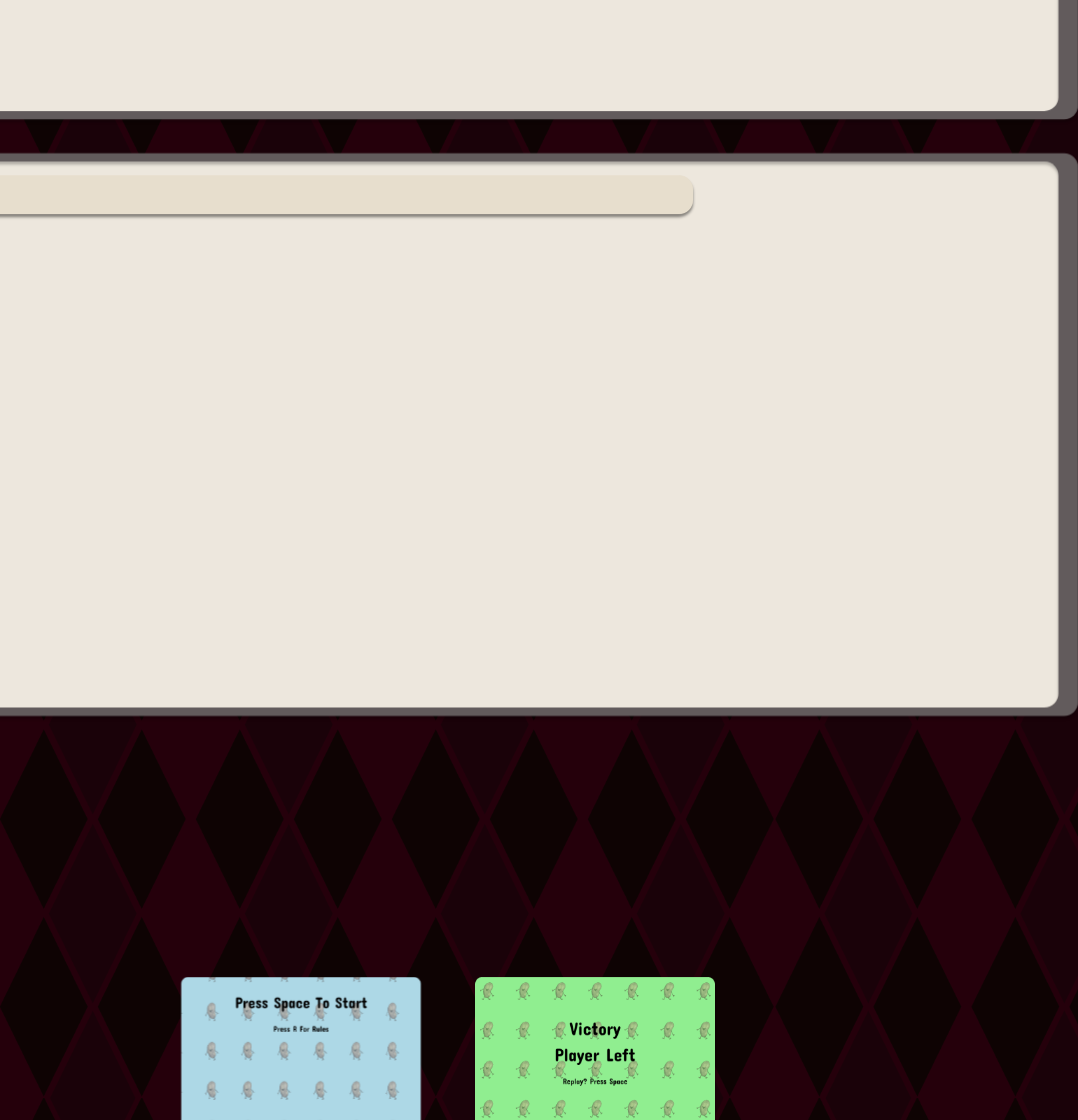
Repository: EMP-ChristinaC/Portfolio
Page: projects/potato-shuffle/potato.html
An editor plug-in stored every save of this project. The page is shown before and after the next save, followed by the edit.
The browser window is 1280 px wide. The page is 1540 px wide, so the pictures cover 1540 px, including what lies to the right of the window. The pictures show the part of the page from y = 1629 to 3229 px (the page is 6251 px tall), at 70% of full size.
Some web fonts or font styles are not loaded; a fallback is used.

Above is the page before, as saved 2024-12-08 19:49:50.

### projects/potato-shuffle/potato.html
<!DOCTYPE html>
<html lang="en">

<head>
    <meta charset="UTF-8">
    <meta name="viewport" content="width=device-width, initial-scale=1.0">
    <title>CC- Project Potato Shuffle</title>
    <!--- ////////////////// OUTSIDE STYLES //////////////////-->


    <!--- ///////////////// GOOGLE FONTS  ////////////////////-->
    <link rel="preconnect" href="https://fonts.googleapis.com">
    <link rel="preconnect" href="https://fonts.gstatic.com" crossorigin>
    <link
        href="https://fonts.googleapis.com/css2?family=Overlock:ital,wght@0,400;0,700;0,900;1,400;1,700;1,900&family=Vast+Shadow&display=swap"
        rel="stylesheet">

    <!--- /////////////// MY STYLES ////////////////-->

    <link rel="stylesheet" href="potato.css">
    <link rel="stylesheet" href="../../nav.css">
    <link rel="stylesheet" href="media-style-phone-potato.css">
    <link rel="stylesheet" href="../../media-style-two.css">
    <link rel="stylesheet" href="media-style-mac-potato.css">

    <!--- //////////////// FAVICON LINKS ///////////////////-->
    <link rel="shortcut icon" href="../../image/logo.png" type="image/x-icon">
    <link rel="icon" href="../../image/logo.png" type="image/x-icon">

</head>

<body class="home-potato">

    <!--- /////////////////////// NAVIGATION /////////////////////-->
    <header class="navigation">
        <img class="nav-background" src="../../image/nav-background.png"
            alt="A decor for the nav, it holds a logo with diamond patterns in the background.">


        <a href="../../index.html " class="nav-home">Stage</a>
        <a href="../../about-page/about.html" class="nav-about">Director</a>
        <a href="../../contact-page/contact.html" class="nav-contact">Contact</a>
        <a href="../../main-project-page/projects.html" class="nav-projects current">Projects</a>
    </header>


    <!--- /////////////////////// ARROW BUTTON /////////////////////-->
    <a href="../../projects/sniffle/sniffle.html"><img src="../../image/left-arrow.png" class="side-button-left" alt="A."></a>


    <a href="../../projects/smash-n-dash/smash.html"><img src="../../image/right-arrow.png" class="side-button-right" alt="A."></a>



    <!--- /////////////////////// BOX OUTLINE ///////////////////////-->
    <div class="box-outline-outside-potato-overview">
        <div class="box-outline-inside-potato-overview"></div>

        <!-- <div class="dia-left-potato">
            <img src="../../image/Dia-bottom-left.png"
                alt="A diamond pattern decor that is placed onto the bottom left of the box outline">
        </div>

        <div class="dia-right-potato">
            <img src="../../image/Dia-top-right.png"
                alt="A diamond pattern decor that is placed onto the bottom left of the box outline">
        </div> -->


    <div class="box-outline-paragraph-potato">
        <div class="details-potato">
            <h2>About:</h2>
            <p>
                A digital coding game inspired by Hot Potato and WarioWare. It takes elements from both games and with
                the help of Makey-Makey, it creates a fun interactive game.
                <!-- <br><br>
                Here are some images of the game. -->
            </p>
        </div>
    </div>


    <div class="box-outline-type-potato">
        <div class="type-potato">
            <p> Project Type:
                <br>
                Interactive Game
                <br><br>
                Date:
                <br>
                December 2023
                <br><br>
                Link:
                <br>
                <a href="https://emp-christinac.github.io/Potato-Shuffle/index.html">Github</a>
                <br><br>
                Role:
                <br>
                Lead Coder
            </p>
        </div>

<!-- <div class="type-two">
    <p>
        Link:
        <br>
        <a href="https://emp-christinac.github.io/Potato-Shuffle/index.html">Github</a>
        <br><br>
        Role:
        <br>
        Lead Coder
    </p>
</div> -->


        <!-- <div class="type-potato-phone">
            <p> Project Type:
                <br>
                Digital Game
                <br><br>
                Date:
                <br>
                December 2023
            </p>
        </div> -->

        <!-- <div class="type-potato-phone-two">
            <p>
                Link:
                <br>
                <a href="https://empxnifl.github.io/Potato-Shuffle/index.html">Github</a>
                <br><br>
                Role:
                <br>
                Lead Coder
            </p>
        </div> -->
    </div>

    <div class="box-outline-credit">
        <div class="credit">
            <p>Credit to:
                <br>
                Roman Lopez [Lead Designer]
                <br>
                Dominic Perron [Lead Interaction]
            </p>
        </div>

        <div class="mc-overview">
            <img src="../../image/Main-Screen.png" alt="A overview of the project Potato Shuffle.">
        </div>

    </div>




    <div class="box-outline-heading-potato">
        <div class="potato-title">
            <h1>Potato Shuffle</h1>
        </div>
    </div>
</div>
    <!--- ////////////////////////-->
    <div class="box-outline-outside-potato-play">
        <div class="box-outline-inside-potato-play"></div>

        <div>
            <div class="play">
                <p>
                </p>
            </div>

    </div>


    <!--- ////////////////////////-->

    <div class="box-outline-outside-potato-progress">
        <div class="box-outline-inside-potato-progress"></div>

        <!-- <div class="dia-left-two-potato">
            <img src="../../image/Dia-bottom-left.png"
                alt="A diamond pattern decor that is placed onto the bottom left of the box outline">
        </div>

        <div class="dia-right-two-potato">
            <img src="../../image/Dia-top-right.png"
                alt="A diamond pattern decor that is placed onto the bottom left of the box outline">
        </div> -->

        <div class="box-outline-heading-two-potato">
            <div class="heading-two">
                <h1>Menu Design</h1>
            </div>
        </div>
        <div class="box-outline-heading-three-potato">
            <div class="heading-three">
                <h1>Sprites</h1>
            </div>
        </div>

        <div class="potato-menu-one">
            <img src="../../image/Home.png" alt="The home screen of the project.">
        </div>


        <div class="potato-menu-two">
            <img src="../../image/Victory.png" alt="The victory screen of the project.">
        </div>

        <!--- ////////////////////////-->

        <div class="potato-sprites">
            <img src="../../image/potato_sway.gif" alt="A potato gif that shows the potato swaying left and right.">
        </div>


        <div class="potato-sprites-two">
            <img src="../../image/Fail.gif" alt="A explosion gif that says boom.">
        </div>

        <div class="potato-sprites-three">
            <img src="../../image/potato_flip.gif" alt="A potato gif that shows the potato fliping.">
        </div>



    </div>


    <!--- ////////////////////////-->

    <div class="box-outline-outside-potato">
        <div class="box-outline-inside-potato"></div>
        <!-- <div class="dia-left-three-potato">
            <img src="../../image/Dia-bottom-left.png"
                alt="A diamond pattern decor that is placed onto the bottom left of the box outline">
        </div>

        <div class="dia-right-three-potato">
            <img src="../../image/Dia-top-right.png"
                alt="A diamond pattern decor that is placed onto the bottom left of the box outline">
        </div> -->


        <div class="box-outline-heading-four-potato">
            <div class="heading-four-potato">
                <h1>Mini-Game Design</h1>
            </div>

            <div class="potato-event-one">
                <img src="../../image/Event-1.png" alt="One of five mini-game from the project. It shows a character running.">
            </div>

            <div class="potato-event-two">
                <img src="../../image/Event-2.png"
                    alt="One of five mini-game from the project. It shows a character shooting at a muffen.">
            </div>


            <div class="potato-event-three">
                <img src="../../image/Event-3.png"
                    alt="One of five mini-game from the project. It shows a potato dropping into a basket.">
            </div>

            <div class="potato-event-four">
                <img src="../../image/Event-4.png"
                    alt="One of five mini-game from the project. It shows a character digging up a potato.">
            </div>


            <div class="potato-event-five">
                <img src="../../image/Event-5.png" alt="One of five mini-game from the project. It shows a potato being peeled.">
            </div>

        </div>

    </div>

    <!--- ////////////////////////-->

    <div class="box-outline-outside-foot">
        <div class="box-outline-inside-foot"></div>

            <footer class="section">
                <p>© 2024 by Christina Chan. Powered and secured by Github</p>

                <div>
                    <a class="github" href="https://github.com/EMP-ChristinaC"> <img src="../../image/Github-icon.png"
                            alt="Github icon image."></a>

                    <a class="twitter" href="https://x.com/EMP_Nifl"> <img src="../../image/Twitter-Icon.png"
                            alt="Twitter icon image."></a>

                    <a class="discord" href="https://discordapp.com/users/456539039286165514"> <img src="../../image/discord-icon.webp"
                            alt="Discord icon image."></a>

                    <a class="linkedin" href="https://www.linkedin.com/in/christina-chan-290a29323/"> <img src="../../image/Linkedin-icon.webp"
                            alt="Linkedin icon image."></a>
                </div>

            </footer>
    </div>
    <!--- /////////////////////// DECOR  ///////////////////////-->


    <!-- <div class="left-curtain">
        <img src="../../image/curtains-left.png" alt="A curtain decor that is placed on the left side of the website.">
    </div>

    <div class="right-curtain">
        <img src="../../image/curtain-right.png" alt="A curtain decor that is placed on the right side of the website.">
    </div> -->

    <!--- /////////////////////// TEXT ///////////////////////-->


    <!--- /////////////////////// IMAGES ///////////////////////-->


    <!--- ////////////////////////-->




    <!--- ////////////////////////-->



</body>

</html>

### projects/potato-shuffle/potato.css

/*///////////////////////////////// Box Outline ////////////////////////////*/
.box-outline-outside-potato-overview,
.box-outline-outside-potato-progress,
.box-outline-outside-potato-play {
    width: 1800px;
    height: 804px;
    background: rgba(98, 91, 92);
    box-shadow: 0px 4px 4px rgba(0, 0, 0, 0.25);
    border-radius: 20px;
}

.box-outline-outside-potato-overview {
    position: absolute;
    top: 50%;
    left: 50%;
    transform: translate(-50%, -27%);
}

.box-outline-outside-potato-play {
    position: absolute;
    top: 50%;
    left: 50%;
    transform: translate(-50%, 79%);
}

.box-outline-outside-potato-progress {
    position: absolute;
    top: 50%;
    left: 50%;
    transform: translate(-50%, 56%);
}

/*//////////////////////////////////*/


.box-outline-outside-potato {
    width: 1800px;
    height: 990px;
    background: rgba(98, 91, 92);
    box-shadow: 0px 4px 4px rgba(0, 0, 0, 0.25);
    border-radius: 20px;
}

.box-outline-outside-potato {
    position: absolute;
    top: 50%;
    left: 50%;
    transform: translate(-50%, 2340px);
}



/*//////////////////////////////////////////////////////////////////////////////*/

.box-outline-inside-potato-overview,
.box-outline-inside-potato-progress,
.box-outline-inside-potato-play {
    width: 1745px;
    height: 780px;
    background: #EDE7DD;
    box-shadow: 0px 4px 4px rgba(0, 0, 0, 0.25) inset;
    border-radius: 20px;
}

.box-outline-inside-potato-play {
    position: absolute;
    top: 1.5%;
    left: 1.5%;
}

.box-outline-inside-potato-overview {
    position: absolute;
    top: 1.5%;
    left: 1.5%;
    /* transform: translate(-50%, -26.3%); */
}


.box-outline-inside-potato-progress {
    position: absolute;
    top: 1.5%;
    left: 1.5%;
    /* transform: translate(-50%, 84%); */
}


.box-outline-inside-potato {
    width: 1745px;
    height: 960px;
    background: #EDE7DD;
    box-shadow: 0px 4px 4px rgba(0, 0, 0, 0.25) inset;
    border-radius: 20px;
}

.box-outline-inside-potato {
    position: absolute;
    top: 1.5%;
    left: 1.5%;
    /* transform: translate(-50%, 1506px); */
}



/*///////////////////////////HEADING BOX////////////////////////////*/



.box-outline-heading-potato {
    width: 1700px;
    height: 20px;
    background: #E7DECD;
    box-shadow: 0px 4px 4px rgba(0, 0, 0, 0.25);
    border-radius: 20px;
    z-index: 1;
}

.box-outline-heading-potato {
    position: absolute;
    top: 28%;
    left: 50%;
    transform: translate(-50%, -920%);
}



.box-outline-heading-two-potato,
.box-outline-heading-three-potato,
.box-outline-heading-four-potato {
    height: 55px;
    background: #E7DECD;
    box-shadow: 0px 4px 4px rgba(0, 0, 0, 0.25);
    border-radius: 20px;
    z-index: 1;
    position: absolute;
    top: 4%;
    left: 5%;
    width: 1160px;
}

.box-outline-heading-two-potato {
    /* transform: translate(-50%, 1270%); */

}

.box-outline-heading-three-potato {
    /* transform: translate(-50%, 1900%); */

}

.box-outline-heading-four-potato {
    /* transform: translate(-50%, 2800%); */

}

.box-outline-heading-five-potato {
    /* transform: translate(-50%, 3450%); */

}

/*/////////////////////////////////////*/

.box-outline-paragraph-potato,
.box-outline-type-potato,
.box-outline-credit {
    /* background: #E7DECD;
    box-shadow: 0px 4px 4px rgba(0, 0, 0, 0.25);
    border-radius: 20px; */
    position: absolute;
    top: 50%;
    left: 30%;
}


.box-outline-paragraph-potato {
    width: 375px;
    height: 330px;
    transform: translate(-116%, -10%);
    z-index: 1;
}


.box-outline-type-potato {
    width: 375px;
    height: 200px;
    transform: translate(-116%, 90%);
    z-index: 1;
}

.box-outline-credit {
    width: 375px;
    height: 60px;
    transform: translate(-30%, 350%);
    z-index: 1;
}



/*/////////////////////////////////////*/

.box-outline-outside-foot {
    width: 100%;
    height: 200px;
    background: rgba(98, 91, 92);
    box-shadow: 0px 4px 4px rgba(0, 0, 0, 0.25);
    border-radius: 20px 20px 0 0;
    position: absolute;
    top: 50%;
    left: 50%;
    transform: translate(-50%, 1690%);
}

/*/////////////////////////////////////*/

.box-outline-inside-foot {
    width: 99%;
    height: 185px;
    position: absolute;
    background: #EDE7DD;
    box-shadow: 0px 4px 4px rgba(0, 0, 0, 0.25) inset;
    border-radius: 20px 20px 0 0;
    position: absolute;
    /* transform: translate(-50%, 1359%); */
    top: 8%;
    left: 0.5%;
}



/*///////////////////////////////// Decor ////////////////////////////*/

.dia-left-potato img {
    position: absolute;
    top: 27%;
    left: 50%;
    transform: translate(-384%, 205%);
}

.dia-right-potato img {
    position: absolute;
    top: 27%;
    right: 50%;
    transform: translate(385%, -107%);
}

/*//////////////////////////////////////////////////////////////////////*/

.dia-left-two-potato img {
    position: absolute;
    top: -80%;
    left: 50%;
    transform: translate(-384%, 656%);
}

.dia-right-two-potato img {
    position: absolute;
    top: -80%;
    right: 50%;
    transform: translate(385%, 344%);
}

/*/////////////////////////////////////*/

.dia-left-three-potato img {
    position: absolute;
    top: -186%;
    left: 50%;
    transform: translate(-384%, 1378%);
}

.dia-right-three-potato img {
    position: absolute;
    top: -186%;
    right: 50%;
    transform: translate(385%, 972%);
}

/*/////////////////////////////////////*/

.left-curtain {
    position: fixed;
    top: 0%;
    left: 11%;
    transform: translate(-100%);
}

.right-curtain {
    position: fixed;
    top: 0%;
    right: 11%;
    transform: translate(100%);
}

/*///////////////////////////////// Heading Text ////////////////////////////*/

.potato-title {
    width: 827px;
    text-align: center;
    color: #FABA84;
    font-size: 25px;
    font-family: Vast Shadow;
    font-weight: 400;
    -webkit-text-stroke: 0.1px #4C0B13;
    z-index: 1;
}

.potato-title {
    position: absolute;
    top: -20%;
    left: -9%;
    /* transform: translate(-50%, -320%); */
}


.heading-two,
.heading-three,
.heading-four-potato {
    width: 827px;
    text-align: center;
    color: #FABA84;
    font-family: Vast Shadow;
    font-weight: 400;
    -webkit-text-stroke: 0.1px #4C0B13;
    z-index: 1;
    position: absolute;
    top: -20%;
    left: -30%;
    font-size: 15px;
}



/*///////////////////////////////// Paragraph Text ////////////////////////////*/

.details-potato p,
.details-potato h2,
.type-potato p,
.type-two p,
.credit p {
    color: #1E1E1E;
    font-family: Overlock;
    font-weight: 900;

}
.details-potato h2 {
    width: 600px;
    font-size: 35px;
    line-height: 32px;
    letter-spacing: 2px;
    position: absolute;
    top: -70%;
    left: 5%;
    z-index: 1;
}

.details-potato p {
    width: 600px;
    font-size: 25px;
    line-height: 32px;
    letter-spacing: 2px;
    position: absolute;
    top: -55%;
    left: 5%;
    z-index: 1;
    /* transform: translate(-90%, -28%); */

}

.type-potato p {
    width: 440px;
    font-size: 25px;
    line-height: 28px;
    letter-spacing: 2px;
    position: absolute;
    top: -100%;
    left: 5%;
    /* transform: translate(-95%, 105%); */
    z-index: 1;

}

.type-two p {
    width: 440px;
    font-size: 25px;
    line-height: 28px;
    letter-spacing: 2px;
    position: absolute;
    top: 0%;
    left: 64%;
    /* transform: translate(-42%, 420%); */
    z-index: 1;
}

.credit p {
    width: 440px;
    font-size: 25px;
    line-height: 32px;
    letter-spacing: 2px;
    position: absolute;
    top: -385%;
    left: 5%;
    /* transform: translate(-42%, 420%); */
    z-index: 1;
}





/*/////////////////////////////////////*/

footer.section {
    text-align: center;
    color: black;
    font-size: 14px;
    font-family: Overlock;
    font-weight: 400;

    width: 500px;
    position: absolute;
    top: 50%;
    left: 50%;
    transform: translate(-53%, 80%);

}

footer.section p {
    width: 100%;
    height: 100%;
    transform: translate(1%, 35%);
}


/*///////////////////////////////// Images ////////////////////////////*/


.mc-overview {
    width: 775px;
    height: 675px;
    position: absolute;
    top: -750%;
    left: 155%;
    overflow: hidden;
    box-shadow: 0px 4px 4px rgba(0, 0, 0, 0.25);
    border-radius: 30px;
    transform: translate(-8%, -11%);
    }



.mc-overview img {
    width: 100%;
    height: 105%;
    object-fit: cover;
    transform: translate(-0%, 0%);

    transition: all 0.3s ease-in-out;
}


.potato {
    width: 258px;
    height: 547px;
    box-shadow: 0px 4px 4px rgba(0, 0, 0, 0.25);
    border-radius: 20px;
    background-position: center;

    position: absolute;
    top: 50%;
    left: 50%;
    transform: translate(70%, 302%);
}

.potato-projects {
    width: 258px;
    height: 547px;
    box-shadow: 0px 4px 4px rgba(0, 0, 0, 0.25);
    border-radius: 20px;
    background-position: center;

    position: absolute;
    top: 50%;
    left: 50%;
    transform: translate(70%, -5%);
}

.potato-menu-one img {
    width: 350px;
    height: 250px;
    position: absolute;
    top: 50%;
    left: 50%;
    transform: translate(-110%, 310%);
}

.potato-menu-two img {
    width: 350px;
    height: 250px;
    position: absolute;
    top: 50%;
    left: 50%;
    transform: translate(10%, 310%);
}


.potato-sprites img {
    width: 300px;
    height: 300px;
    position: absolute;
    top: 50%;
    left: 50%;
    transform: translate(-150%, 370%);
}

.potato-sprites-two img {
    width: 300px;
    height: 300px;
    position: absolute;
    top: 50%;
    left: 50%;
    transform: translate(-50%, 370%);
}

.potato-sprites-three img {
    width: 300px;
    height: 300px;
    position: absolute;
    top: 50%;
    left: 50%;
    transform: translate(50%, 370%);
}

.potato-event-one img {
    width: 409px;
    height: 266px;
    position: absolute;
    top: 50%;
    left: 50%;
    transform: translate(-105%, 610%);
}

.potato-event-two img {
    width: 409px;
    height: 266px;
    position: absolute;
    top: 50%;
    left: 50%;
    transform: translate(4%, 610%);
}

.potato-event-three img {
    width: 409px;
    height: 266px;
    position: absolute;
    top: 50%;
    left: 50%;
    transform: translate(-105%, 715%);
}

.potato-event-four img {
    width: 409px;
    height: 266px;
    position: absolute;
    top: 50%;
    left: 50%;
    transform: translate(4%, 715%);
}

.potato-event-five img {
    width: 409px;
    height: 266px;
    position: absolute;
    top: 50%;
    left: 50%;
    transform: translate(-105%, 820%);
}

/*/////////////////////////////////////*/
.github {
    width: 45px;
    height: 45px;
    position: absolute;
    top: 50%;
    left: 50%;
    overflow: hidden;
    box-shadow: 0px 4px 4px rgba(0, 0, 0, 0.25);
    border-radius: 30px;
    transform: translate(-250%, -180%);
}

.github img {
    width: 100%;
    height: 100%;
    object-fit: cover;
    transition: all 0.3s ease-in-out;
    transform: translate(0%, 0%);
}

.twitter {
    width: 45px;
    height: 45px;
    position: absolute;
    top: 50%;
    left: 50%;
    overflow: hidden;
    box-shadow: 0px 4px 4px rgba(0, 0, 0, 0.25);
    border-radius: 30px;
    transform: translate(-100%, -180%);
}

.twitter img {
    width: 100%;
    height: 100%;
    object-fit: cover;
    transition: all 0.3s ease-in-out;
    transform: translate(-0%, -0%);
}


.discord {
    width: 45px;
    height: 45px;
    position: absolute;
    top: 50%;
    left: 50%;
    overflow: hidden;
    box-shadow: 0px 4px 4px rgba(0, 0, 0, 0.25);
    border-radius: 30px;
    transform: translate(50%, -180%);
}

.discord img {
    width: 100%;
    height: 100%;
    object-fit: cover;
    transition: all 0.3s ease-in-out;
    transform: translate(-0%, -0%);
}


.linkedin {
    width: 45px;
    height: 45px;
    position: absolute;
    top: 50%;
    left: 50%;
    overflow: hidden;
    box-shadow: 0px 4px 4px rgba(0, 0, 0, 0.25);
    border-radius: 30px;
    transform: translate(200%, -180%);
}

.linkedin img {
    width: 100%;
    height: 100%;
    object-fit: cover;
    transition: all 0.3s ease-in-out;
    transform: translate(-0%, -0%);
}

### media-style-two.css
@media screen and (max-width: 1660px) {

    .left-curtain {
        display: none;
    }

    .right-curtain {
        display: none;
    }

}

Loaded but not shown: projects/potato-shuffle/media-style-phone-potato.css (424 lines, source omitted); nav.css (208 lines, source omitted); projects/potato-shuffle/media-style-mac-potato.css (93 lines, source omitted)

After the next save:
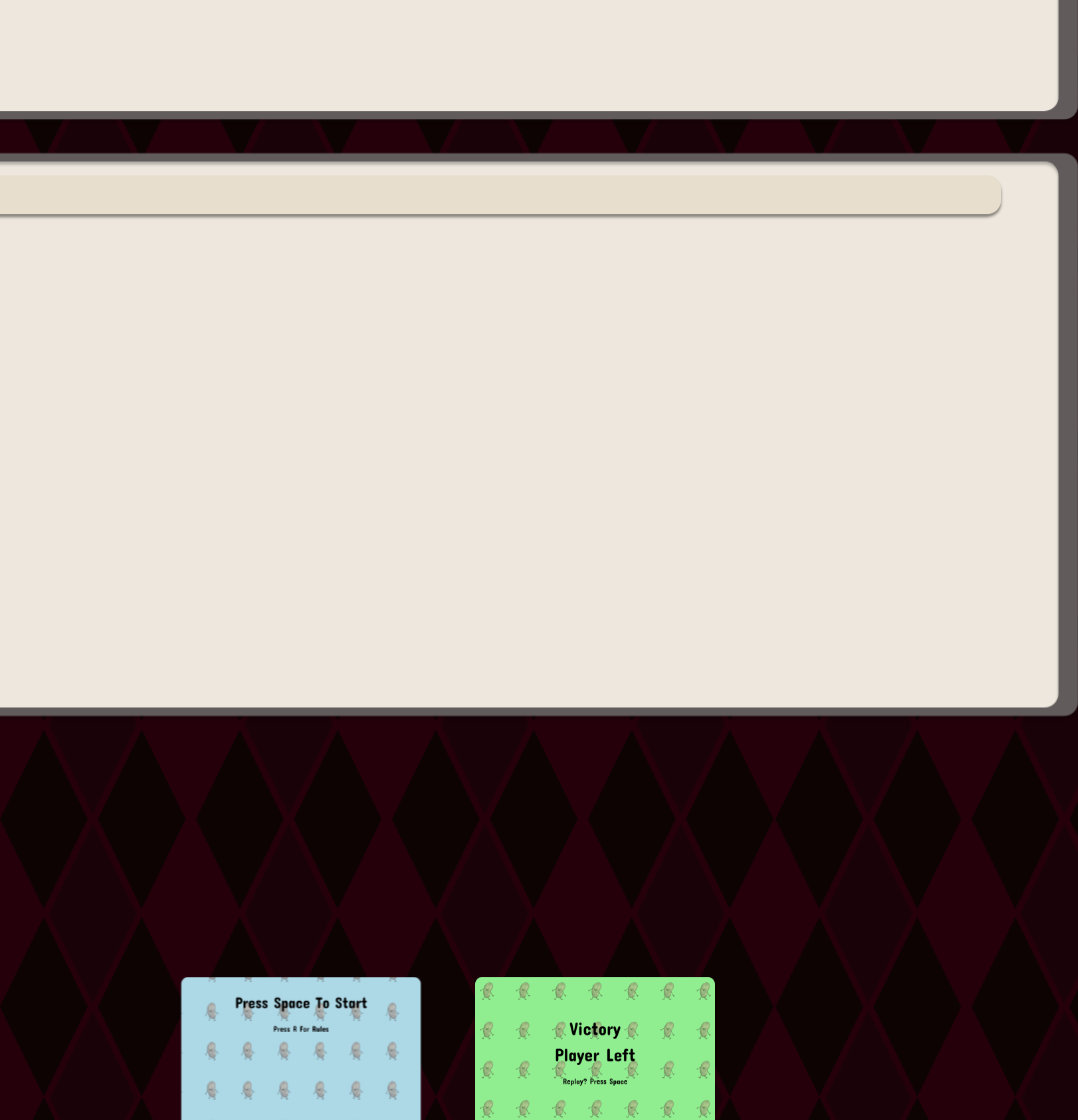
Saved 7 s later.
--- a/projects/potato-shuffle/potato.css
+++ b/projects/potato-shuffle/potato.css
@@ -135,7 +135,7 @@
     position: absolute;
     top: 4%;
     left: 5%;
-    width: 1160px;
+    width: 1600px;
 }
 
 .box-outline-heading-two-potato {
